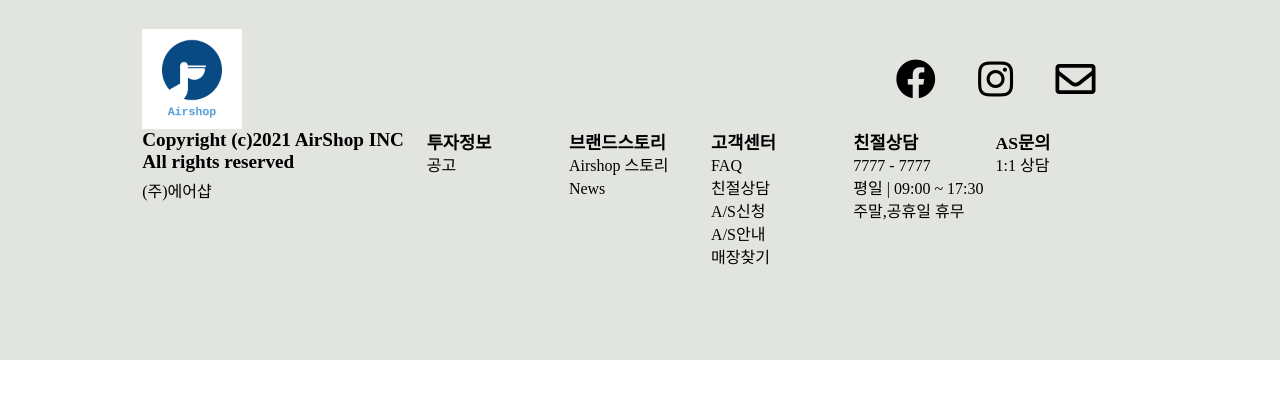
Repository: seungsu12/carrot
Page: http://localhost/carrot/footer.jsp
An editor plug-in stored every save of this project. The page is shown before and after the next save, followed by the edit.
The browser window is 1280 px wide. The pictures show the whole page.
Some web libraries are served in a nearby version. The page is served by Tomcat 9. Other server files are loaded and not shown.

Above is the page before, as saved 2021-07-20 12:13:24.

### carrot/WebContent/footer.jsp
<%@ page language="java" contentType="text/html; charset=UTF-8"
    pageEncoding="UTF-8"%>

<link href="css/style.css?v=3" rel ="stylesheet" type="text/css">
<link rel="stylesheet" href="https://pro.fontawesome.com/releases/v5.10.0/css/all.css" integrity="sha384-AYmEC3Yw5cVb3ZcuHtOA93w35dYTsvhLPVnYs9eStHfGJvOvKxVfELGroGkvsg+p" crossorigin="anonymous"/>


<footer>
<div class="footer_wrapper">
	<div class="footer_blank"></div>
	<div class="footer_blank"></div>
	<div class="footer_blank"></div>
	<div class="footer_header">

				<div>
					<img class="logo" src="img/logo2.png" id="footer_icon_img">
				</div>
				<div class="footer_icon">
						<i class="fab fa-facebook"></i>
						<i class="fab fa-instagram"></i>
						<i	class="far fa-envelope"></i>

				</div>

	</div>
	<div class="footer_items">
		<div style="font-size : 1.2em; font-weight: bold">
			Copyright (c)2021 AirShop INC<br>
			All rights reserved
		</div>
		<div style="margin-top : 5px">
			(주)에어샵
		</div>



	</div>
	<div class="footer_items">
		<div class="footer_items_title">
			투자정보
		</div>
		<div class="footer_items_list">
			<ul>
				<li><a href="#">공고</a></li>
			</ul>
		</div>
	</div>
	<div class="footer_items">
		<div class="footer_items_title">
			브랜드스토리
		</div>
		<div class="footer_items_list">
			<ul>
				<li><a href="#">Airshop 스토리</a></li>
				<li><a href="#">News</a></li>
			</ul>
		</div>
	</div>
	<div class="footer_items">
		<div class="footer_items_title">
			고객센터
		</div>
		<div class="footer_items_list">
			<ul>
				<li><a href="#">FAQ</a></li>
				<li><a href="#">친절상담</a></li>
				<li><a href="#">A/S신청</a></li>
				<li><a href="#">A/S안내</a></li>
				<li><a href="#">매장찾기</a></li>
			</ul>
		</div>
	</div>
	<div class="footer_items">
		<div class="footer_items_title">
			친절상담
		</div>
		<div class="footer_items_list">
			<ul>
			<li>7777 - 7777</li>
			<li>평일  | 09:00 ~ 17:30</li>
			<li>주말,공휴일 휴무</li>
			</ul>


		</div>
	</div>
	<div class="footer_items">
		<div class="footer_items_title">AS문의</div>
		<div class="footer_items_list">
			<ul>
				<li>1:1 상담</li>
			</ul>
		</div>

	</div>


</div>
</footer>

### carrot/WebContent/css/style.css
@import "header.css";

@import "home.css";

@import "footer.css";

@import "signup.css";

@import "login.css";

*{
	margin:0;
	padding:0;
	box-sizing :border-box;
}

### carrot/WebContent/css/header.css
#header_wrap{
	margin : 0 auto 0 auto;
	height: 120px;
	display :grid;
	grid-template-columns: 0.6fr minmax(495px, 20%) minmax(495px,40%) minmax(390px ,25%) 0.6fr;
	grid-template-rows : 1fr 2fr ;


}
a{
	text-decoration: none;
}

 .header_item:nth-child(1){
	grid-column :1/2;
	grid-row :1/3;
	border :none;
	border-right: 1px solid grey;
}

.header_item:nth-child(2) a{
	height: 80px;
	text-decoration :none;
	border-bottom: 1px solid grey;
}
.header_item:nth-child(3){

	border-left: 1px solid grey;
	border-right: 1px solid grey;
}
.header_item:nth-child(4) div{
	position : relative;
	top:8px;
	left : 10px;

}
.header_item:nth-child(4) ul li{
	margin-right:40px;
	display:inline-block;
	text-decoration : none
}
.header_item:nth-child(4) ul li a{
	text-decoration : none;
	color : black;
	font-size:1.1em;
	margin-right: 5px

}
.header_item:nth-child(4) ul li a:hover{
	color : blue;
}
.header_item:nth-child(5){
	grid-row:1/3;
	grid-column: 5/6;
	border:none;
	border-left: 1px solid grey;
	font-family: 'Odibee Sans', cursive;
}

.header_item:nth-child(6) {
	text-decoration : none;
    color: unset;
 	grid-column:2/4;
 	grid-row:2/3;
 	border-top: solid 1px grey;
  	border-bottom: solid 1px grey;
}
.header_item:nth-child(6) a{
	text-decoration :none;
	font-size: 48px;
	position:relative;
	left : 35px;
	top: 10px;
	color: black;

}
.header_item:nth-child(7){
	border-top:1px solid grey;
	border-bottom: 1px solid grey;
	font-family: 'Odibee Sans', cursive;
}
/* .header_item:nth-child(7) ul li{
	display :inline-block;
}	 */

.header_item:nth-child(7) ul li a {
	text-decoration : none;
	color : black;
	font-size : 1.5em;
}

.header_item:nth-child(7) ul li a:hover {
	color :blue;
}
.header_item:nth-child(7) ul ul{
	display : none;
	position: absolute;
	line-height:62px;

}

.header_item:nth-child(7) ul ul li{
	float:none;

}
.header_item:nth-child(7) ul li:hover ul{
	display :block;
}

.sub_menu li a{
	font-size:1.5em;
}

.header_navybar {
	margin-right : 55px;
	position:relative;
	top : 24px;
	display: inline-block;
}
.sub_menu{
	width:108px;
	margin-top:28px;
	background : beige;
}
.sub_menu li{
	display : flex;
	justify-content : center;
}
#input_wrapper{
	display :flex;
	height:40px;
	border:none;
}

#header_input{
	width: 85%;
	margin-right: 10px;
	margin-left : 10px;
	border:none;
	height: 20px;
	position: relative;
	top : 10px;


}
#header_submit{
	border : none;
	border-radius: 0.9em;
	width:9%;
	background: white;
	font-size: 0.4em;
	font-size : 0.9em;

}
#header_submit:hover{
	background: grey;

}
.header_item:nth-child(3):hover{
	background : #CEC9C9;
}

### carrot/WebContent/css/home.css


#title{
	font-size : 1px;

}

#h1{
	border : 1px solid black;
}

#join_top{
	display: float;

	margin:0;
	text-align:center;
	height : 80px;
}

#mid{

	margin : 0 auto 0 auto;
	max-width:1000px;

}

.main{

	margin : 0 auto 0 auto;
	height : 800px;
	display : flex;
	align-items : center;
	justify-content : center;




}
.main_img{
	width : 1220px;
	height: 720px;

}
.main_text{
	font-size: 3.7em;

	position: relative;
	bottom : 180px;
	font-family : fantasy;


}
.main_wrapper{
	width: 1600px;
	height: 800px;
	display: flex;
	align-items: center;
	justify-content : space-between
}

### carrot/WebContent/css/footer.css
.footer_wrapper{
	background : #e2e4e0;
	height:360px;
 	margin : 0 auto 0 auto;
 	display : grid;
	grid-template-columns :  1fr 2fr 1fr 1fr 1fr 1fr 1fr 1fr;
	grid-template-rows : 0.5fr 1fr 4fr
}


.footer_wrapper div:nth-child(1){
	grid-column : 1/2;
	grid-row: 1/4;
}
.footer_wrapper div:nth-child(2){
	grid-column : 2/8;
}
.footer_wrapper div:nth-child(3){

	grid-column: 8/9;
    grid-row: 1/4;
}

.footer_header{
	grid-row:2/3;
	grid-column : 2/8;
	height: fit-content;

	display :grid;
	grid-template-columns : 5fr 2fr;
	grid-template-rows: 1fr;
}

.footer_icon{
	width: 100%;
	display: flex;
	justify-content: space-evenly;
	align-items: center;

}
.footer_icon i {
	font-size : 40px;
}


.logo {
	height: 100px;
	width: 100px;
}
.footer_itmes div{
	text-align: center;

}

.footer_items_list ul li{
	list-style : none;
	padding: none;
	line-height: 23px;
}
.footer_items_list ul li a{
	text-decoration: none;
	color : black;
}

.footer_items_title{
	font-weight: bold;
	font-size: 1.1em
}
.footer_icon_img{
	border-radius : 50% 50% 50% 50%;
}

### carrot/WebContent/css/signup.css
#sign_pwd2{
	font-size:14px;
}
.sign_title a{
	text-decoration : none;
	color : black;
}
.sign_wrapper{

	width: 60%;
	margin : 50px auto 0 auto;
	display : flex;
	flex-direction:column;
	align-items: center;


}
.sign_title{

	margin : 25px auto 20px auto;
}
.sign_title a{
	font-size: 69px;

}


.sign_box {
	min-width:560px;
	display: flex;
	flex-direction:column;
}
.sign_box2{
	min-width:560px;
	display: flex;
	flex-direction:column;
}
.sign_box2 input{
	width :165px;
	height: 45px;
	padding :4px;
	font-size :16px;
}

.sign_box input{
    margin: 5px 0 10px 0;
    height: 45px;
    font-size:22px;
    padding: 4px;
}

#sign_gender {
	margin : 5px 0 10px 0;
	font-size: 16px;
	height :45px;
}
.singup_body{
	background: #F2F2F2;
}
.sign_birth_wrapper{
	display: flex;
	justify-content: space-between;

}
#sign_month{
	width: 165px;
	font-size : 16px;

}
#sign_submit{
	background : #FAAC58;
	margin-top : 30px;
	box-shadow : 10px 5px 5px grey;
}

#sign_submit :hover{
	background :#F8ECE0;
}

### carrot/WebContent/css/login.css
*{
	box-sizing:border-box;
}
.login_title a{
	text-decoration : none;
	color : black;
}
.login_wrapper{
	display: flex;
	flex-direction : column;
	align-items: center;
	margin : 0 auto 0 auto;

}
.login_title{
	font-size :68px;
	margin : 100px 0 60px 0;
}
.login_box {
	margin-bottom : 10px;
	width: 420px;
}
.login_box input{
	width: 420px;
	padding:5px;
	height : 45px;
	font-size : 18px;

}
.login_hr {
	margin_top : 5px;
}
.login_list{
	display: flex;
    width: 300px;
    align-items: center;
    flex-direction: column;
}
.login_list a {
	text-decoration :none;
	color : grey;
	font-size : 13px;
}
.login_list div span{
	content : "|";
}
.login_hr{
 	margin-top : 20px;
}
.login_list div{
	display :felx;
	justify-content : space-between;
}

After the next save:
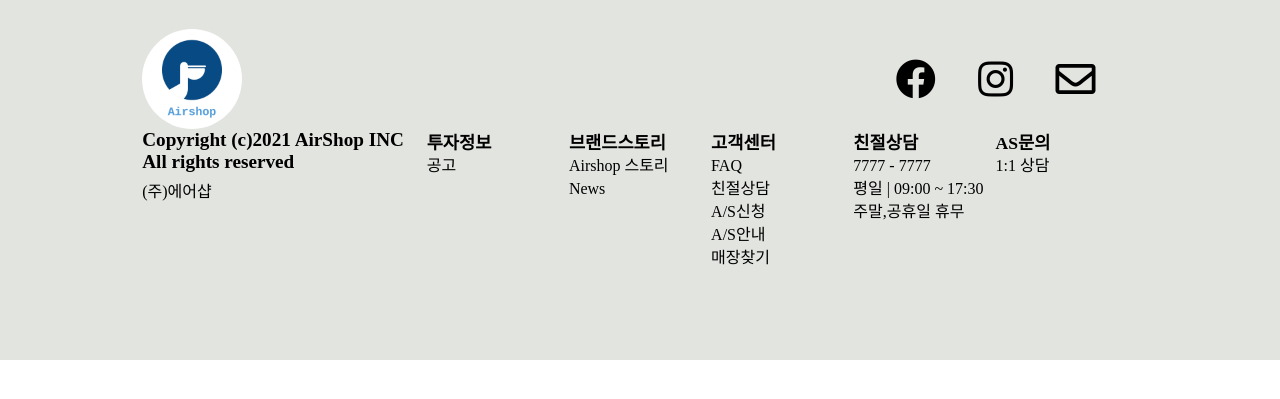
Saved 72 s later.
--- a/carrot/WebContent/footer.jsp
+++ b/carrot/WebContent/footer.jsp
@@ -13,7 +13,7 @@
 	<div class="footer_header">
 
 				<div>
-					<img class="logo" src="img/logo2.png" id="footer_icon_img">
+					<img class="logo footer_icon_img" src="img/logo2.png" ">
 				</div>
 				<div class="footer_icon">
 						<i class="fab fa-facebook"></i>
@@ -31,8 +31,6 @@
 		<div style="margin-top : 5px">
 			(주)에어샵
 		</div>
-
-
 
 	</div>
 	<div class="footer_items">
